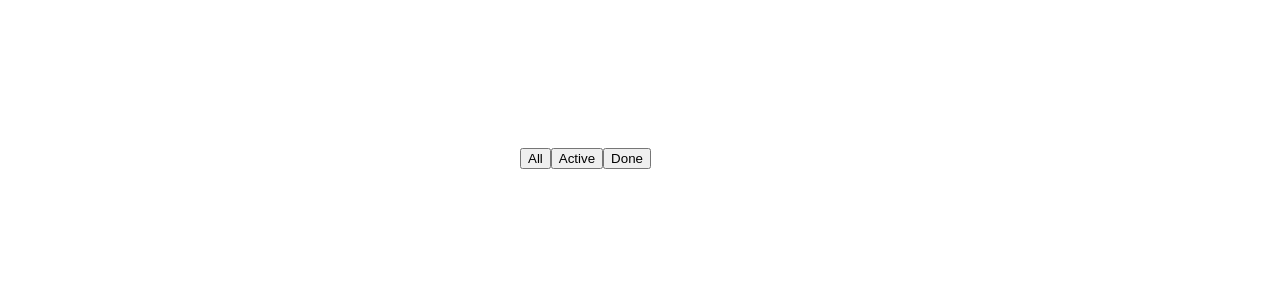
Repository: Yugayoung/todoList
Page: /
The author's editor kept a copy of each file at every save. The page is drawn from the files as they stood at one save, then again after the next save.
The browser window is 1280 px wide. The pictures show the whole page.
The project was rebuilt for these pictures with package versions that can differ from the ones it lists, and the page was loaded fresh each time. Also part of the build but not shown: src/App.css.

Above is the page before, as saved 2024-03-21 00:16:14.

### src/index.css
body {
  margin: 0;
  font-family: -apple-system, BlinkMacSystemFont, 'Segoe UI', 'Roboto', 'Oxygen',
    'Ubuntu', 'Cantarell', 'Fira Sans', 'Droid Sans', 'Helvetica Neue',
    sans-serif;
  -webkit-font-smoothing: antialiased;
  -moz-osx-font-smoothing: grayscale;
  width: 100vw;
  height: 100vh;
  display: flex;
  justify-content: center;
  align-items: center;
  font-size: 1.2rem;
}

code {
  font-family: source-code-pro, Menlo, Monaco, Consolas, 'Courier New',
    monospace;
}
#root {
  width: 100%;
  height: 60%;
  max-width: 15rem;
}

### src/App.js
import './App.css';
import Todo from './pages/Todo';

function App() {
  return (
    <>
      <Todo />
    </>
  );
}

export default App;

### src/pages/todo.jsx
import React from 'react';

export default function Todo() {
  return (
    <>
      <section>
        {/* 할일 state */}
        <div>
          <button>All</button>
          <button>Active</button>
          <button>Done</button>
        </div>
        {/* addTodoList */}
        {/* 할일 입력 */}
      </section>
    </>
  );
}

Loaded but not shown: public/index.html (common file); src/index.js (common file); src/reportWebVitals.js (common file)

After the next save:
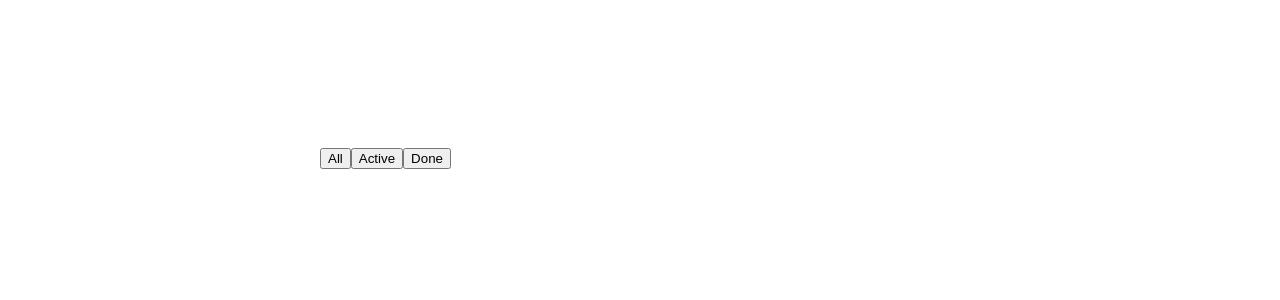
Saved 14 s later.
--- a/src/index.css
+++ b/src/index.css
@@ -20,5 +20,5 @@ code {
 #root {
   width: 100%;
   height: 60%;
-  max-width: 15rem;
+  max-width: 40rem;
 }
